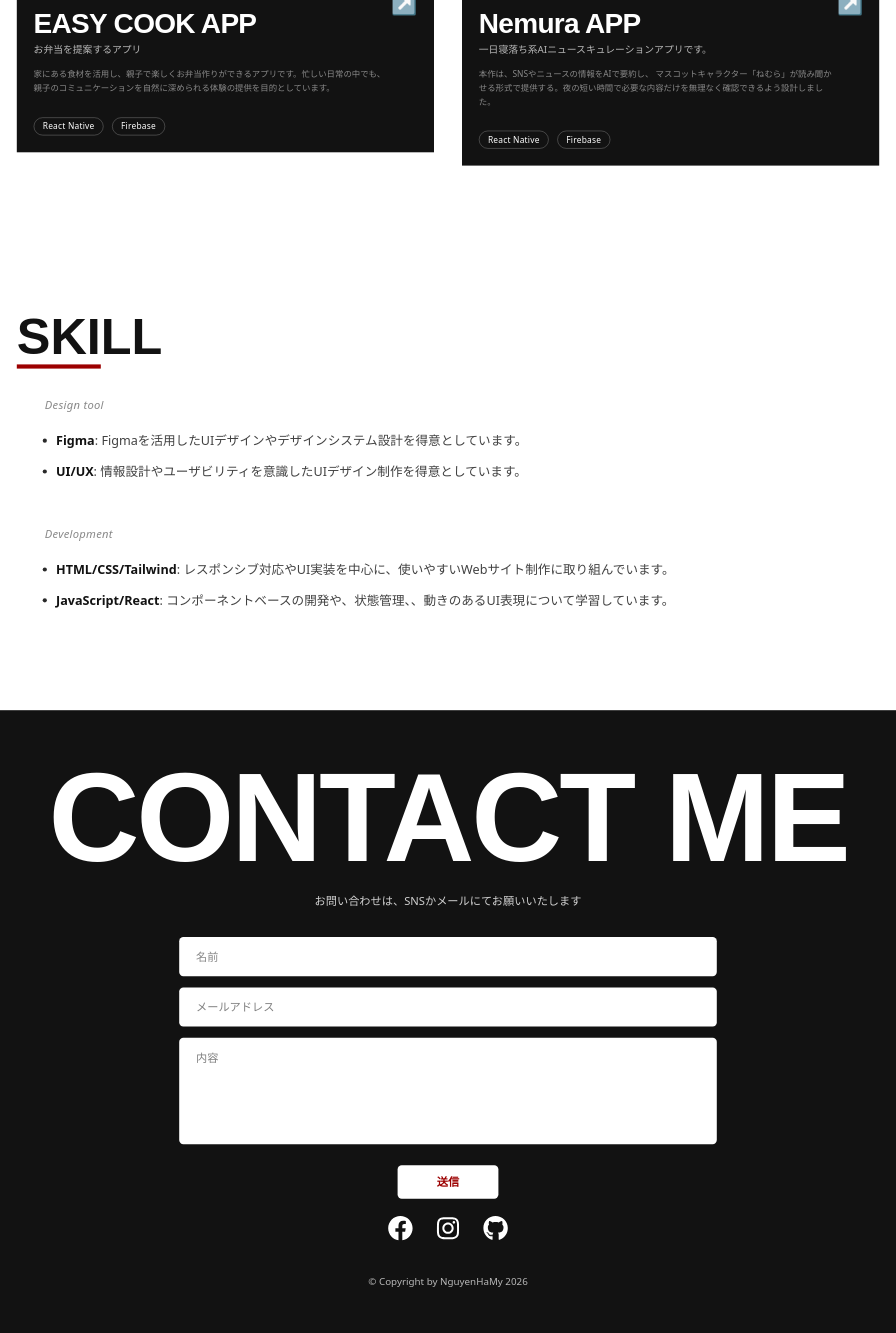
Repository: meme2603/Portfolio-HaMy
Page: / (app in my-portfolio/)
The author's editor kept a copy of each file at every save. The page is drawn from the files as they stood at one save, then again after the next save.
The browser window is 1280 px wide. The pictures show the part of the page from y = 4362 to 6282 px (the page is 6266 px tall before and 6282 px after), at 70% of full size.
Some web fonts or font styles are not loaded; a fallback is used. The project was rebuilt for these pictures with package versions that can differ from the ones it lists, and the page was loaded fresh each time. Also part of the build but not shown: my-portfolio/vite.config.js.

Above is the page before, as saved 2026-05-29 14:53:28.

After the next save:
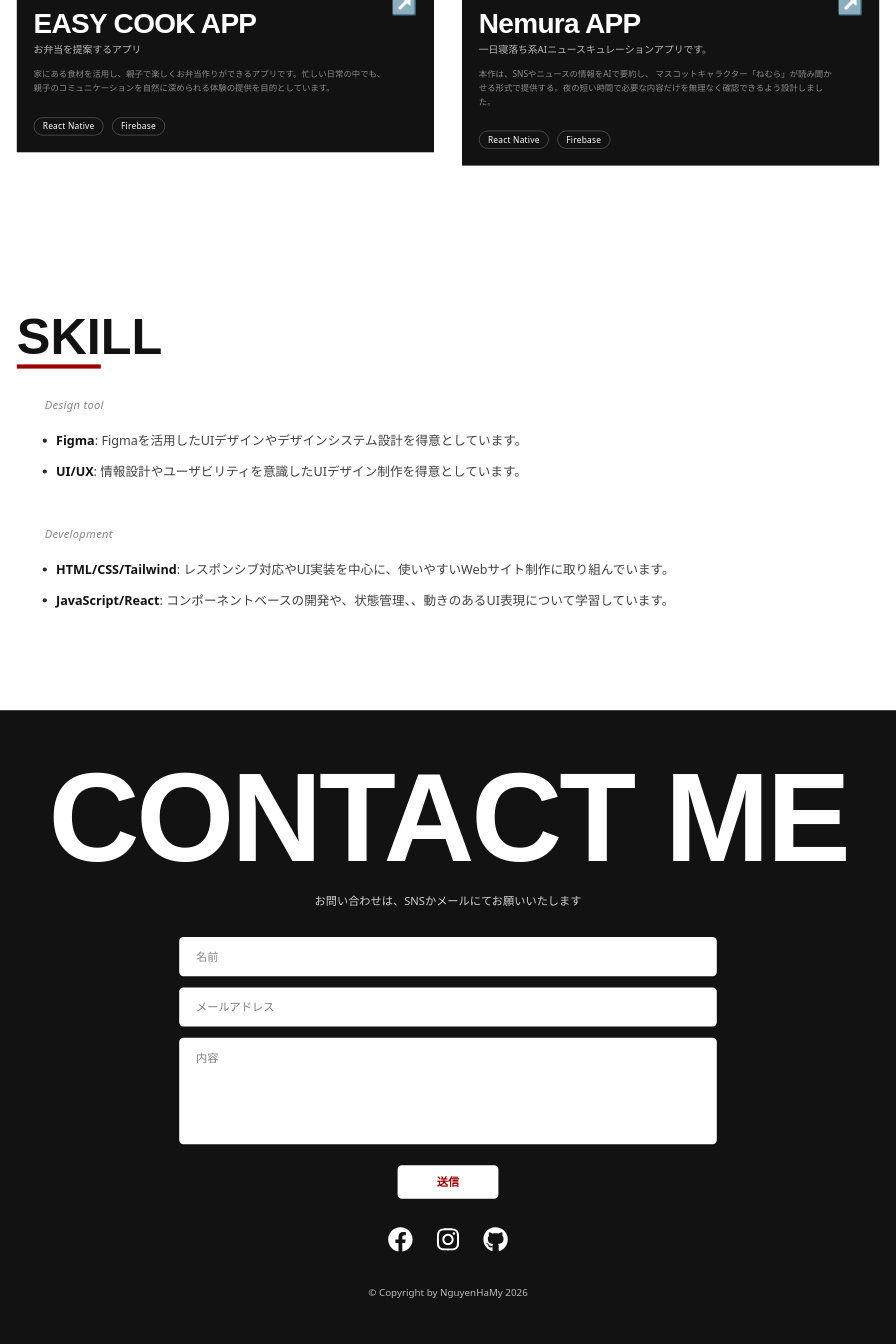
Saved 8 s later.
--- a/my-portfolio/src/components/Contact.jsx
+++ b/my-portfolio/src/components/Contact.jsx
@@ -92,7 +92,7 @@ function Contact() {
             </button>
           </div>
         </form>
-        <div className="flex justify-center gap-8 mt-6 text-4xl">
+        <div className="flex justify-center gap-8 mt-10 text-4xl">
           <a href="/" className="hover:scale-110 transition-all duration-300">
             <FaFacebook />
           </a>
